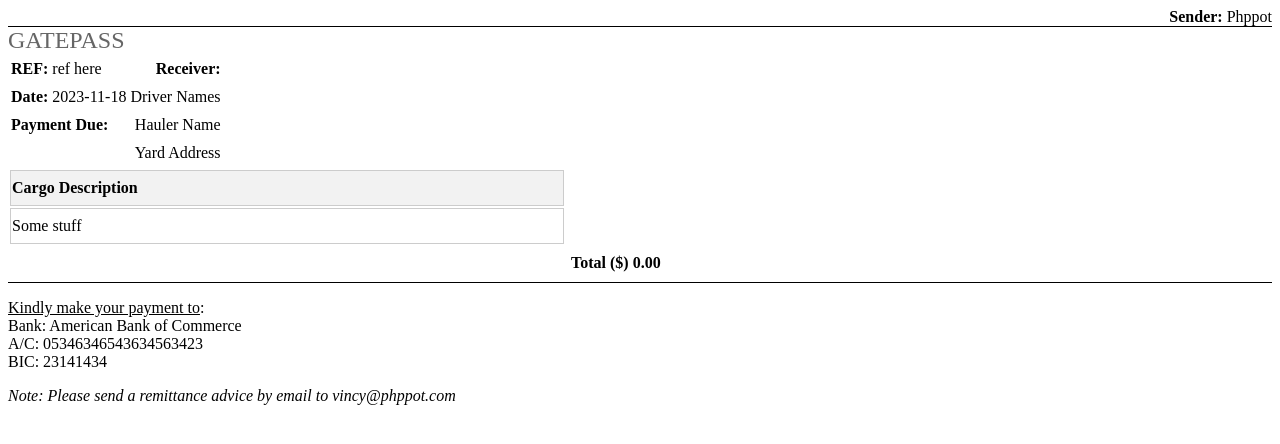
Repository: scoshield/yms
Page: resources/views/admin/appointments/gatepass.blade.php
The author's editor kept a copy of each file at every save. The page is drawn from the files as they stood at one save, then again after the next save.
The browser window is 1280 px wide. The pictures show the whole page.
The page is served by the project's Laravel application, run on PHP 8.4 with Laravel 8. Other server files are loaded and not shown. The template is opened directly, without the code that normally fills it, so the values that code supplies are empty.

Above is the page before, as saved 2023-11-19 13:51:47.

### routes/web.php
<?php

use App\Http\Controllers\HomeController;
use Illuminate\Support\Facades\Auth;
use Illuminate\Support\Facades\Route;

define('BASE_URL', env('APP_URL'));

Route::redirect('/', BASE_URL.'/login');
Route::redirect('/home', BASE_URL.'/admin');
Auth::routes(['register' => false]);

// Profile Routes
Route::prefix('profile')->name('profile.')->middleware('auth')->group(function () {
    Route::get('/', [HomeController::class, 'getProfile'])->name('detail');
    Route::post('/update', [HomeController::class, 'updateProfile'])->name('update');
    Route::post('/change-password', [HomeController::class, 'changePassword'])->name('change-password');
});

Route::group(['prefix' => 'admin', 'as' => 'admin.', 'namespace' => 'Admin', 'middleware' => ['auth']], function () {
    Route::get('/', 'HomeController@index')->name('home');
    // Permissions
    Route::delete('permissions/destroy', 'PermissionsController@massDestroy')->name('permissions.massDestroy');
    Route::resource('permissions', 'PermissionsController');

    // Roles
    Route::delete('roles/destroy', 'RolesController@massDestroy')->name('roles.massDestroy');
    Route::resource('roles', 'RolesController');

    // Users
    Route::delete('users/destroy', 'UsersController@massDestroy')->name('users.massDestroy');
    Route::resource('users', 'UsersController');

    // Services
    Route::delete('services/destroy', 'ServicesController@massDestroy')->name('services.massDestroy');
    Route::resource('services', 'ServicesController');

    // Employees
    Route::delete('employees/destroy', 'EmployeesController@massDestroy')->name('employees.massDestroy');
    Route::post('employees/media', 'EmployeesController@storeMedia')->name('employees.storeMedia');
    Route::resource('employees', 'EmployeesController');

    // Clients
    Route::delete('clients/destroy', 'ClientsController@massDestroy')->name('clients.massDestroy');
    Route::resource('clients', 'ClientsController');

    // Appointments
    Route::post('appointments/admit', 'AppointmentsController@admit')->name('appointments.admit');
    Route::post('appointments/printpass', 'AppointmentsController@printpass')->name('appointments.printpass');
    Route::delete('appointments/destroy', 'AppointmentsController@massDestroy')->name('appointments.massDestroy');
    Route::resource('appointments', 'AppointmentsController');

    // Loading Bay
    Route::post('loadingbay/start', 'LoadingBayController@start')->name('loadingbay.start');
    Route::post('loadingbay/finish', 'LoadingBayController@finish')->name('loadingbay.finish');
    Route::delete('loadingbay/destroy', 'LoadingBayController@massDestroy')->name('loadingbay.massDestroy');
    Route::resource('loadingbay', 'LoadingBayController');

    // SystemCalendar
    Route::get('system-calendar', 'SystemCalendarController@index')->name('systemCalendar');

    // Department
    Route::delete('departments/destroy', 'DepartmentController@massDestroy')->name('departments.massDestroy');
    Route::post('departments/media', 'DepartmentController@storeMedia')->name('departments.storeMedia');
    Route::resource('departments', 'DepartmentController');

    // Yard
    Route::delete('yards/destroy', 'YardController@massDestroy')->name('yards.massDestroy');
    Route::post('yards/media', 'YardController@storeMedia')->name('yards.storeMedia');
    Route::resource('yards', 'YardController');

    // Hauler
    Route::delete('haulers/destroy', 'HaulerController@massDestroy')->name('haulers.massDestroy');
    Route::post('haulers/media', 'HaulerController@storeMedia')->name('haulers.storeMedia');
    Route::resource('haulers', 'HaulerController');

    // Inventory items
    Route::delete('inventory_items/destroy', 'InventoryItemController@massDestroy')->name('inventory_items.massDestroy');
    Route::post('inventory_items/media', 'InventoryItemController@storeMedia')->name('inventory_items.storeMedia');
    Route::resource('inventory_items', 'InventoryItemController');
});

### resources/views/admin/appointments/gatepass.blade.php
<!DOCTYPE html>
<html>
<head>
    <title>GatePass</title>
</head>
<body>
<div style="text-align:right;">
        <b>Sender:</b> Phppot
    </div>
    <div style="text-align: left;border-top:1px solid #000;">
        <div style="font-size: 24px;color: #666;">GATEPASS</div>
    </div>

    <table style="line-height: 1.5;">
        <tr>
            <td><b>REF:</b> ref here</td>
            <td style="text-align:right;"><b>Receiver:</b></td>
        </tr>
        <tr>
            <td><b>Date:</b> 2023-11-18</td>
            <td style="text-align:right;">Driver Names</td>
        </tr>
        <tr>
            <td><b>Payment Due:</b></td>
            <td style="text-align:right;">Hauler Name</td>
        </tr>
        <tr>
            <td></td>
            <td style="text-align:right;">Yard Address</td>
        </tr>
    </table>

    <div></div>
    <div style="border-bottom:1px solid #000;">
        <table style="line-height: 2;">
            <thead>
                <tr style="font-weight: bold;border:1px solid #cccccc;background-color:#f2f2f2;">
                    <td style="border:1px solid #cccccc;width:550px;">Cargo Description</td>
                    {{-- <td style = "text-align:right;border:1px solid #cccccc;width:85px">Price ($)</td>
                    <td style = "text-align:right;border:1px solid #cccccc;width:75px;">Quantity</td>
                    <td style = "text-align:right;border:1px solid #cccccc;">Subtotal ($)</td> --}}
                </tr>
            </thead>

            <tbody>
                <tr>
                    <td style = "border:1px solid #cccccc;width:500px">Some stuff</td>
                    {{-- <td></td>
                    <td></td>
                    <td></td> --}}
                </tr>
            </tbody>

            <tfoot>
                <tr style = "font-weight: bold;">
                    <td></td>
                    <td></td>
                    <td style = "text-align:right;">Total ($)</td>
                    <td style = "text-align:right;">0.00</td>
                </tr>
            </tfoot>
        </table>
    </div>

    <p>
        <u> Kindly make your payment to</u>:<br/>
            Bank: American Bank of Commerce<br/>
            A/C: 05346346543634563423<br/>
            BIC: 23141434<br/>
    </p>

    <p><i>Note: Please send a remittance advice by email to vincy@phppot.com</i></p>
</body>
</html>

Loaded but not shown: app/Http/Controllers/Auth/LoginController.php (common file); app/Http/Controllers/Controller.php (common file)

After the next save:
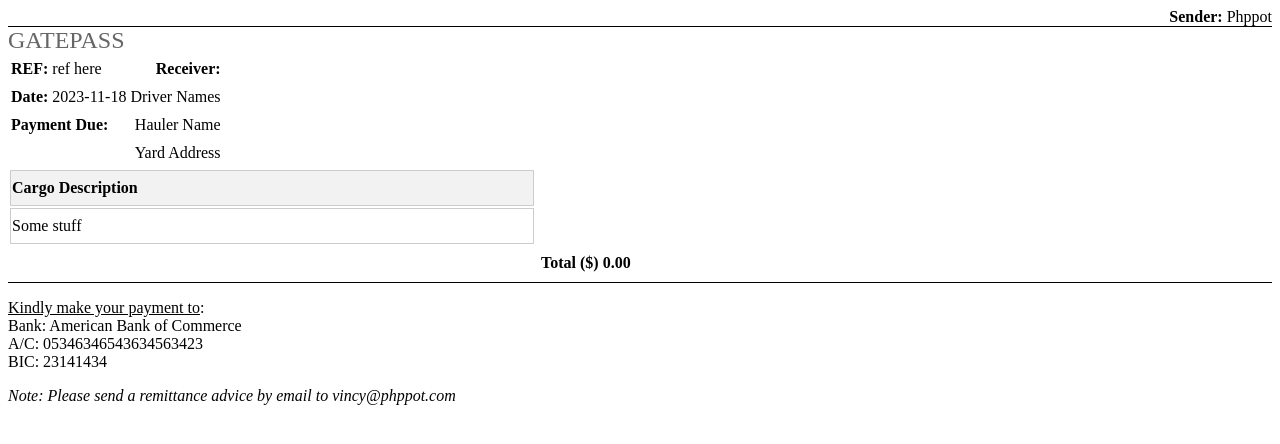
Saved 27 s later.
--- a/resources/views/admin/appointments/gatepass.blade.php
+++ b/resources/views/admin/appointments/gatepass.blade.php
@@ -35,7 +35,7 @@
         <table style="line-height: 2;">
             <thead>
                 <tr style="font-weight: bold;border:1px solid #cccccc;background-color:#f2f2f2;">
-                    <td style="border:1px solid #cccccc;width:550px;">Cargo Description</td>
+                    <td style="border:1px solid #cccccc;width:520px;">Cargo Description</td>
                     {{-- <td style = "text-align:right;border:1px solid #cccccc;width:85px">Price ($)</td>
                     <td style = "text-align:right;border:1px solid #cccccc;width:75px;">Quantity</td>
                     <td style = "text-align:right;border:1px solid #cccccc;">Subtotal ($)</td> --}}
